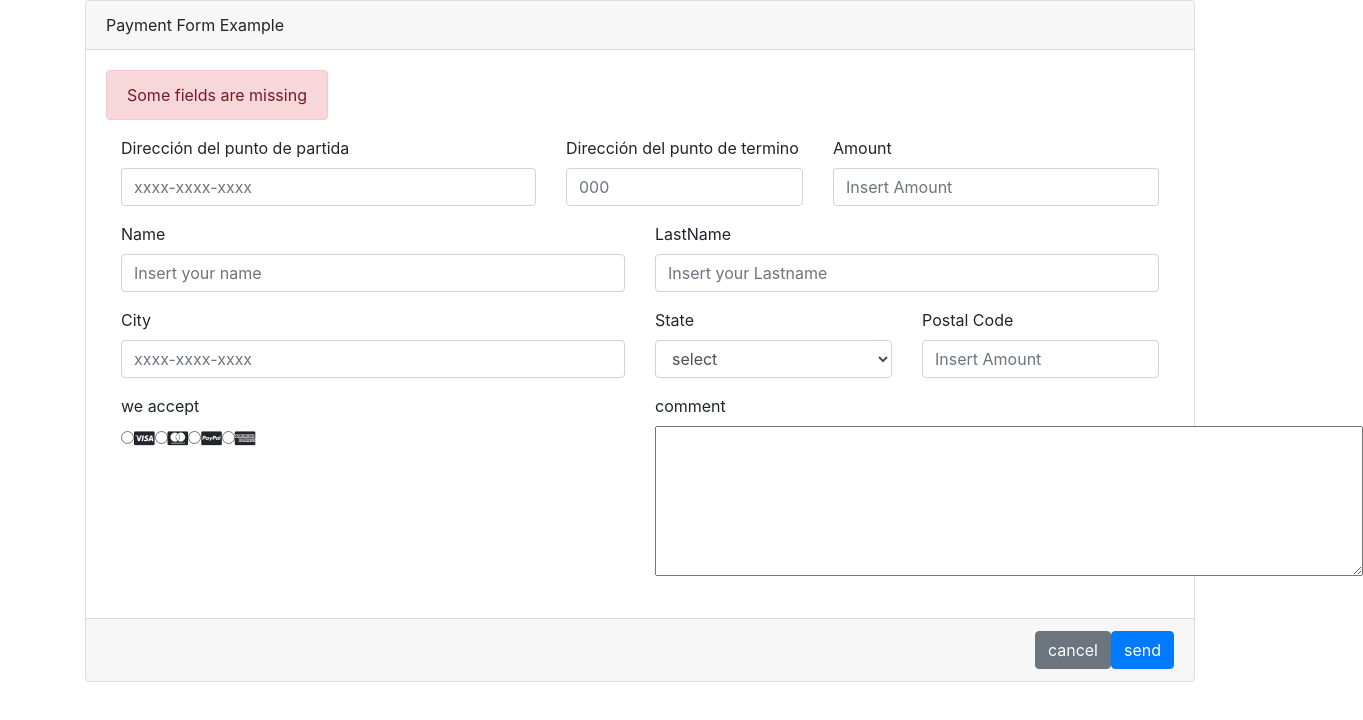
Repository: Jassan851031/foreachTask
Page: /
These files come from the project's save history. The page is drawn as it stood at one moment and after the next save; the edit follows.
The browser window is 1280 px wide. The page is 1363 px wide, so the pictures cover 1363 px, including what lies to the right of the window. The pictures show the whole page.
The project was rebuilt for these pictures with package versions that can differ from the ones it lists, and the page was loaded fresh each time. Also part of the build but not shown: src/App.css.

Above is the page before, as saved 2020-03-23 13:33:54.

### src/index.js
import React from 'react';
import ReactDOM from 'react-dom';
import 'bootstrap/dist/css/bootstrap.min.css';
import 'font-awesome/css/font-awesome.min.css';
import './index.css';
import App from './App';
import * as serviceWorker from './serviceWorker';


 // Add js files
 import 'jquery';
 import 'popper.js';
 import 'bootstrap';

ReactDOM.render(
  <React.StrictMode>
    <App />
  </React.StrictMode>,
  document.getElementById('root')
);

// If you want your app to work offline and load faster, you can change
// unregister() to register() below. Note this comes with some pitfalls.
// Learn more about service workers: https://bit.ly/CRA-PWA
serviceWorker.unregister();

### src/App.js
import React from 'react';
import './App.css';

function App() {
  return (
    <div className="container">
      <div className="row">
        <div className="col-md-12">
          <form>
            <div className="card">
              <div className="card-header">
                Payment Form Example
              </div>
              <div className="card-body">
                <div className="container">
                  <div className="row">
                    <div id="col-md-12">
                      <div className="alert alert-danger">
                        Some fields are missing
                      </div>
                    </div>
                  </div>
                  <div className="row">
                    <div className="col-md-5">
                      <div className="form-g roup">
                        <label className="form-label">Dirección del punto de partida</label>
                        <input type="text" id="no_card" className="form-control" placeholder="xxxx-xxxx-xxxx" />
                      </div>
                    </div>
                    <div className="col-md-3">
                      <div className="form-group">
                        <label className="form-label">Dirección del punto de termino</label>
                        <input type="text" id="key" className="form-control" placeholder="000" />
                      </div>
                    </div>
                    <div className="col-md-4">
                      <div className="form-group">
                        <label className="form-label">Amount</label>
                        <input type="text" id="total" className="form-control" placeholder="Insert Amount" />
                      </div>
                    </div>
                  </div>
                  <div className="row">
                    <div className="col-md-6">
                      <div className="form-group">
                        <label className="form-label">Name</label>
                        <input type="text" id="nombre" className="form-control" placeholder="Insert your name" />
                      </div>
                    </div>
                    <div className="col-md-6">
                      <div className="form-group">
                        <label className="form-label">LastName</label>
                        <input type="text" id="apellidos" className="form-control" placeholder="Insert your Lastname" />
                      </div>
                    </div>
                  </div>
                  <div className="row">
                    <div className="col-md-6">
                      <div className="form-group">
                        <label className="form-label">City</label>
                        <input type="text" id="ciudad" className="form-control" placeholder="xxxx-xxxx-xxxx" />
                      </div>
                    </div>
                    <div className="col-md-3">
                      <div className="form-group">
                        <label className="form-label">State</label>
                        <select id="estado" className="form-control">
                          <option value="">select</option>
                          <option value="1"> option 1</option>
                          <option value="1"> option 2</option>
                          <option value="1"> option 3</option>
                          <option value="1"> option 4</option>
                        </select>
                      </div>
                    </div>
                    <div className="col-md-3">
                      <div className="form-group">
                        <label className="form-label">Postal Code</label>
                        <input type="text" id="postal" className="form-control" placeholder="Insert Amount" />
                      </div>
                    </div>
                  </div>
                  <div className="row">
                    <div className="col-md-6">
                      <div className="form-group">
                        <label className="form-label">we accept</label>
                        <br />
                        <div>
                          <input type="radio" name="med_pago" value="visa" />
                          <i className="fa fa-cc-visa"></i>
                          <input type="radio" name="med_pago" value="mastercard" />
                          <i className="fa fa-cc-mastercard"></i>
                          <input type="radio" name="med_pago" value="paypal" />
                          <i className="fa fa-cc-paypal"></i>
                          <input type="radio" name="med_pago" value="amex" />
                          <i className="fa fa-cc-amex"></i>
                        </div>
                      </div>
                    </div>
                    <div className="col-md-6">
                      <div className="form-group">
                        <label className="form-label">comment</label>
                        <br /><textarea name="insert some comment" id="" cols="67" rows="6"></textarea>
                      </div>
                    </div>
                  </div>
                </div>
              </div>
              <div className="card-footer text-right">
                <button className="btn btn-secondary">cancel</button>
                <button className="btn btn-primary">send</button>
              </div>
            </div>
          </form>
        </div>
      </div>
    </div>
  );
}

export default App;

Loaded but not shown: public/index.html (common file); src/index.css (common file); src/serviceWorker.js (common file)

After the next save:
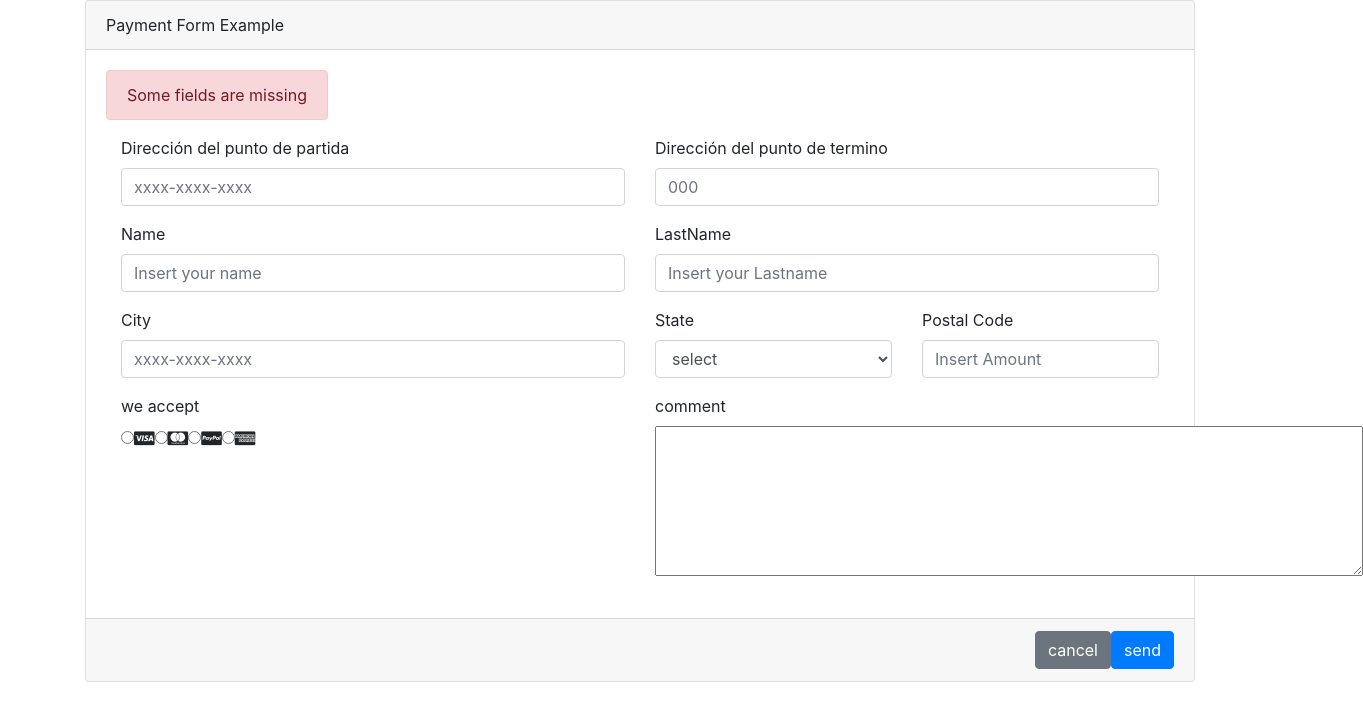
Saved 24 s later.
--- a/src/App.js
+++ b/src/App.js
@@ -21,22 +21,16 @@ function App() {
                     </div>
                   </div>
                   <div className="row">
-                    <div className="col-md-5">
+                    <div className="col-md-6">
                       <div className="form-g roup">
                         <label className="form-label">Dirección del punto de partida</label>
                         <input type="text" id="no_card" className="form-control" placeholder="xxxx-xxxx-xxxx" />
                       </div>
                     </div>
-                    <div className="col-md-3">
+                    <div className="col-md-6">
                       <div className="form-group">
                         <label className="form-label">Dirección del punto de termino</label>
                         <input type="text" id="key" className="form-control" placeholder="000" />
-                      </div>
-                    </div>
-                    <div className="col-md-4">
-                      <div className="form-group">
-                        <label className="form-label">Amount</label>
-                        <input type="text" id="total" className="form-control" placeholder="Insert Amount" />
                       </div>
                     </div>
                   </div>
